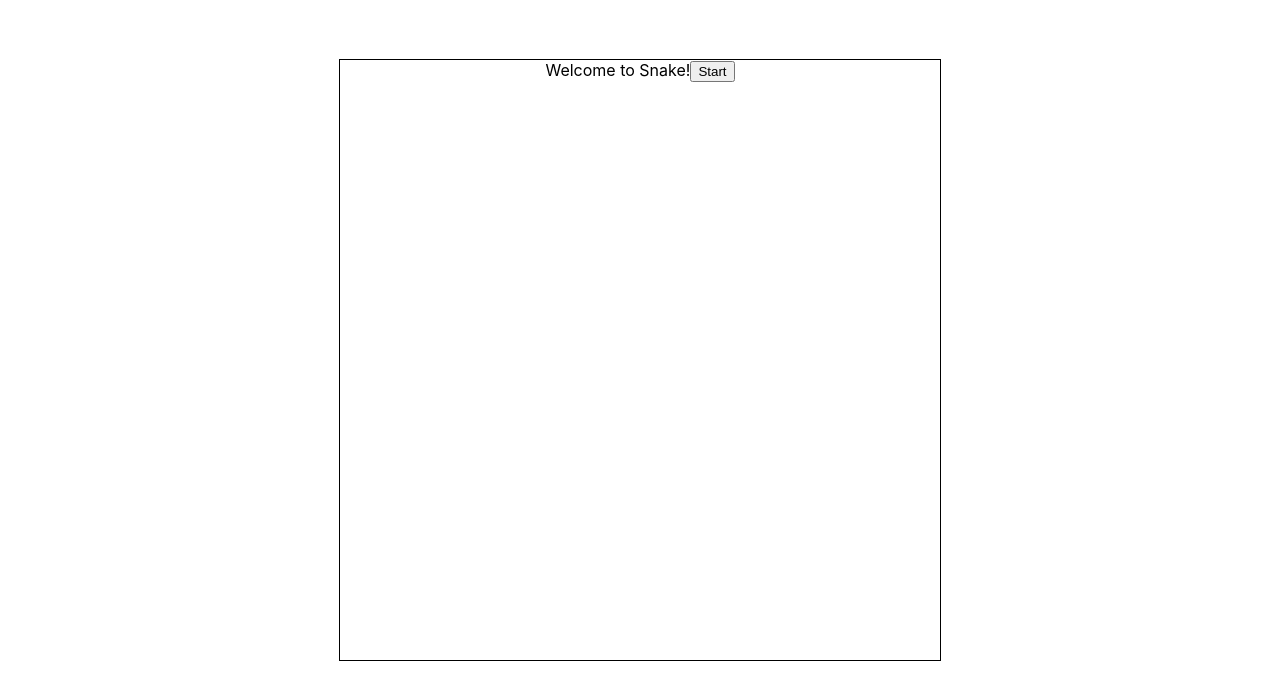
Repository: meills/react-snake
Page: /
These files come from the project's save history. The page is drawn as it stood at one moment and after the next save; the edit follows.
The browser window is 1280 px wide. The pictures show the whole page.
The project was rebuilt for these pictures with package versions that can differ from the ones it lists, and the page was loaded fresh each time. Also part of the build but not shown: src/components/Snakeboard.js, src/styles/App.css.

Above is the page before, as saved 2020-06-15 13:29:35.

After the next save:
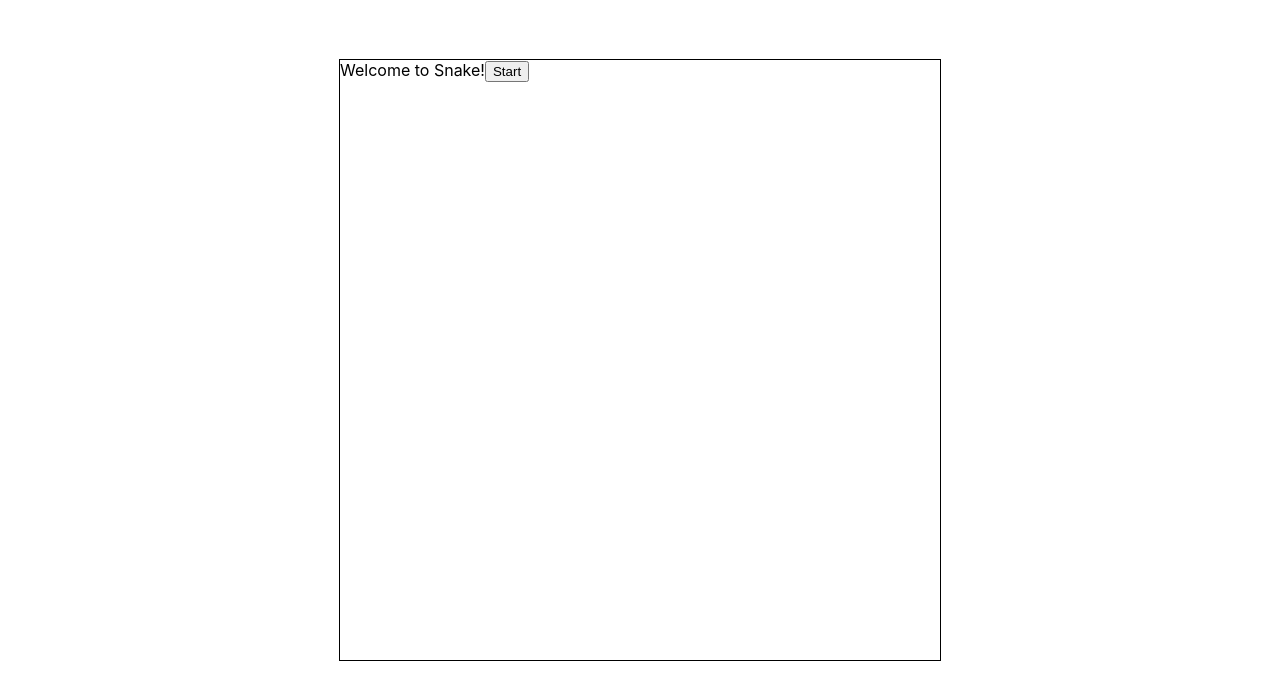
Saved 10 s later.
--- a/src/styles/snakeboard.css
+++ b/src/styles/snakeboard.css
@@ -12,8 +12,6 @@
     outline: 1px solid black;
     display: flex;
     align-items: stretch;
-    justify-content: center;
-
 
 }
 
